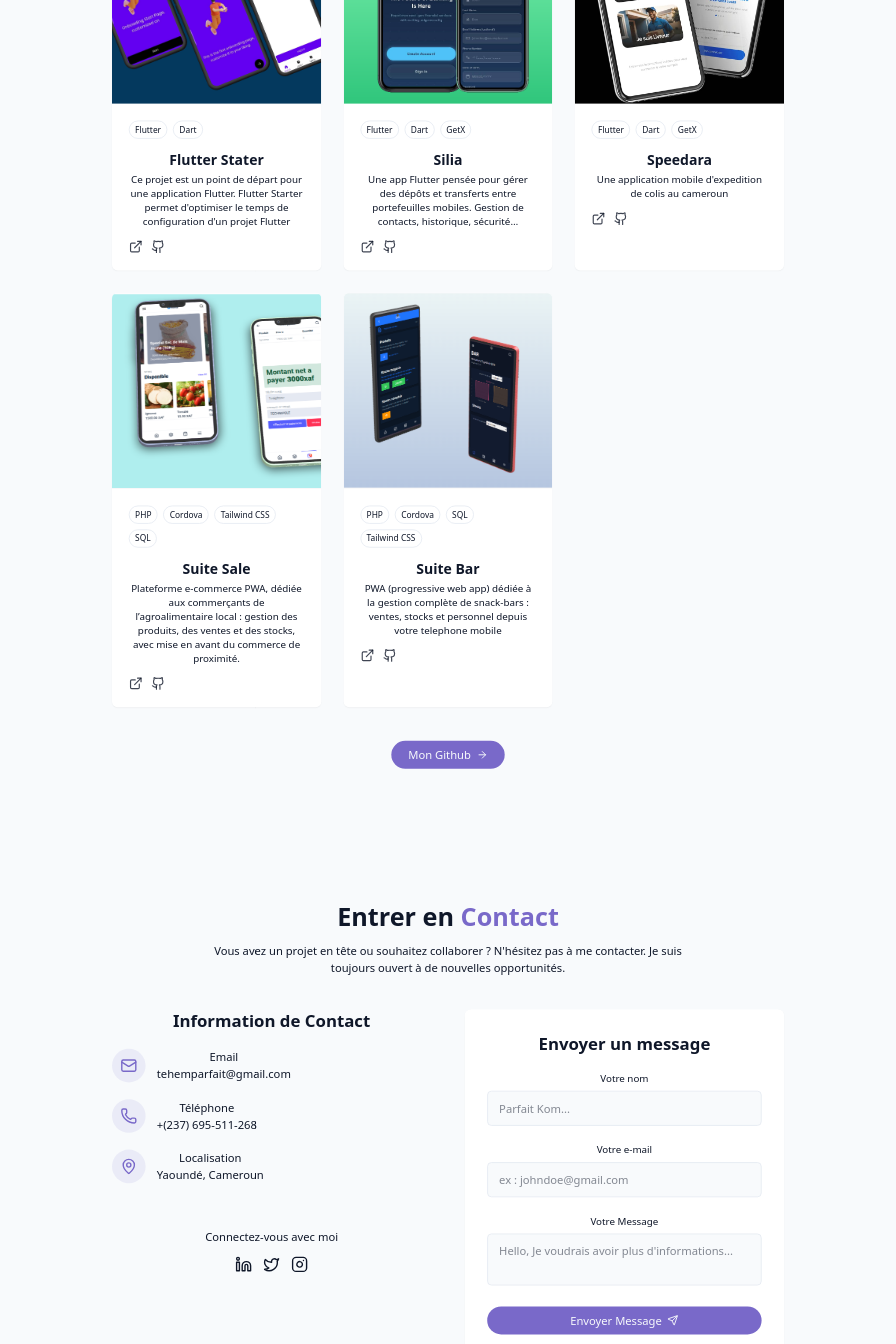
Repository: KOMI18/komi-folio
Page: /
The author's editor kept a copy of each file at every save. The page is drawn from the files as they stood at one save, then again after a run of saves.
The browser window is 1280 px wide. The pictures show the part of the page from y = 4306 to 6226 px (the page is 6505 px tall before and 6525 px after), at 70% of full size.
The project was rebuilt for these pictures with package versions that can differ from the ones it lists, and the page was loaded fresh each time. Also part of the build but not shown: vite.config.js, src/pages/NotFound.jsx.

Above is the page before, as saved 2025-06-28 13:27:20.

### index.html
<!doctype html>
<html lang="en">
  <head>
    <meta charset="UTF-8" />
    <link rel="icon" type="image/svg+xml" href="" />
    <meta name="viewport" content="width=device-width, initial-scale=1.0" />
    <title>Parfait Kom</title>
  </head>
  <body>
    <div id="root"></div>
    <script type="module" src="/src/main.jsx"></script>
  </body>
</html>

### src/pages/Home.jsx
import { Navbar } from "../components/Navbar";
import { ThemeToggle } from "../components/ThemeToggle";
import { StarBackground } from "@/components/StarBackground";
import { HeroSection } from "../components/HeroSection";
import { AboutSection } from "../components/AboutSection";
import { SkillsSection } from "../components/SkillsSection";
import { ProjectsSection } from "../components/ProjectsSection";
import { ContactSection } from "../components/ContactSection";
import { Footer } from "../components/Footer";
import {ExperienceSection} from "../components/ExperianceSection"
import { ExpertiseSection } from "../components/ExpertiseSection";
export const Home = () => {
  return (
    <div className="min-h-screen bg-background text-foreground overflow-x-hidden">
      {/* Theme Toggle */}
      <ThemeToggle />
      {/* Background Effects */}
      <StarBackground />

      {/* Navbar */}
      <Navbar />
      {/* Main Content */}
      <main>
        <HeroSection />
        <AboutSection />
        <ExpertiseSection/>
        <ExperienceSection/>
        <SkillsSection />
        <ProjectsSection />
        <ContactSection />
      </main>

      {/* Footer */}
      <Footer />
    </div>
  );
};

### src/components/ui/toaster.jsx
import { useToast } from "@/hooks/use-toast";
import {
  Toast,
  ToastClose,
  ToastDescription,
  ToastProvider,
  ToastTitle,
  ToastViewport,
} from "@/components/ui/toast";

export function Toaster() {
  const { toasts } = useToast();

  return (
    <ToastProvider>
      {toasts.map(function ({ id, title, description, action, ...props }) {
        return (
          <Toast key={id} {...props}>
            <div className="grid gap-1">
              {title && <ToastTitle>{title}</ToastTitle>}
              {description && (
                <ToastDescription>{description}</ToastDescription>
              )}
            </div>
            {action}
            <ToastClose />
          </Toast>
        );
      })}
      <ToastViewport />
    </ToastProvider>
  );
}

### src/components/ThemeToggle.jsx
import { Moon, Sun } from "lucide-react";
import { useEffect, useState } from "react";
import { cn } from "@/lib/utils";

export const ThemeToggle = () => {
  const [isDarkMode, setIsDarkMode] = useState(false);

  useEffect(() => {
    const storedTheme = localStorage.getItem("theme");
    if (storedTheme === "dark") {
      setIsDarkMode(true);
      document.documentElement.classList.add("dark");
    } else {
      localStorage.setItem("theme", "light");
      setIsDarkMode(false);
    }
  }, []);

  const toggleTheme = () => {
    if (isDarkMode) {
      document.documentElement.classList.remove("dark");
      localStorage.setItem("theme", "light");
      setIsDarkMode(false);
    } else {
      document.documentElement.classList.add("dark");
      localStorage.setItem("theme", "dark");
      setIsDarkMode(true);
    }
  };

  return (
    <button
      onClick={toggleTheme}
      className={cn(
        "fixed top-5 right-5 z-30 p-2 rounded-full transition-colors duration-300",
        "focus:outline-none"
      )}
    >
      {isDarkMode ? (
        <Sun className="h-6 w-6 text-yellow-300" />
      ) : (
        <Moon className="h-6 w-6 text-blue-900" />
      )}
    </button>
  );
};

### src/components/StarBackground.jsx
import { useEffect, useState } from "react";

// id, size, x, y, opacity, animationDuration
// id, size, x, y, delay, animationDuration

export const StarBackground = () => {
  const [stars, setStars] = useState([]);
  const [meteors, setMeteors] = useState([]);

  useEffect(() => {
    generateStars();
    generateMeteors();

    const handleResize = () => {
      generateStars();
    };

    window.addEventListener("resize", handleResize);

    return () => window.removeEventListener("resize", handleResize);
  }, []);

  const generateStars = () => {
    const numberOfStars = Math.floor(
      (window.innerWidth * window.innerHeight) / 10000
    );

    const newStars = [];

    for (let i = 0; i < numberOfStars; i++) {
      newStars.push({
        id: i,
        size: Math.random() * 3 + 1,
        x: Math.random() * 100,
        y: Math.random() * 100,
        opacity: Math.random() * 0.5 + 0.5,
        animationDuration: Math.random() * 4 + 2,
      });
    }

    setStars(newStars);
  };

  const generateMeteors = () => {
    const numberOfMeteors = 4;
    const newMeteors = [];

    for (let i = 0; i < numberOfMeteors; i++) {
      newMeteors.push({
        id: i,
        size: Math.random() * 2 + 1,
        x: Math.random() * 100,
        y: Math.random() * 20,
        delay: Math.random() * 15,
        animationDuration: Math.random() * 3 + 3,
      });
    }

    setMeteors(newMeteors);
  };

  return (
    <div className="fixed inset-0 overflow-hidden pointer-events-none z-0">
      {stars.map((star) => (
        <div
          key={star.id}
          className="star animate-pulse-subtle"
          style={{
            width: star.size + "px",
            height: star.size + "px",
            left: star.x + "%",
            top: star.y + "%",
            opacity: star.opacity,
            animationDuration: star.animationDuration + "s",
          }}
        />
      ))}

      {meteors.map((meteor) => (
        <div
          key={meteor.id}
          className="meteor animate-meteor"
          style={{
            width: meteor.size * 50 + "px",
            height: meteor.size * 2 + "px",
            left: meteor.x + "%",
            top: meteor.y + "%",
            animationDelay: meteor.delay,
            animationDuration: meteor.animationDuration + "s",
          }}
        />
      ))}
    </div>
  );
};

### src/components/AboutSection.jsx

import { ArrowRight , Image} from "lucide-react";

export const AboutSection = () => {
  return (
    <section id="about" className="py-24 px-4 bg-background">
       <h2 className="text-3xl md:text-4xl font-bold mb-4 py-4 text-center">
          {" "}
          A <span className="text-primary">Propos</span>
        </h2>
      <div className="container mx-auto max-w-5xl grid grid-cols-1 md:grid-cols-2  gap-12 items-center">
        {/* Image */}
        <div className="order-first md:order-last flex justify-center md:justify-start">
          <div className="w-40 h-40 sm:w-80 sm:h-80 md:w-[500px] md:h-[500px] lg:w-[600px] lg:h-[600px] relative transform rotate-3 rounded-xl overflow-hidden border-4 border-primary shadow-lg transition-transform duration-500 hover:scale-105">
            <img
              src="/projects/parfaitkom.jpeg"
              alt="Parfait Kom"
              className="w-full h-full object-cover"
              width={500}
              height={500}
            />
          </div>
        </div>
        {/* Content */}
        <div className="space-y-6">
          <h2 className="text-3xl md:text-4xl font-bold text-left  md:text-left">
            Je transforme les idées en solutions qui bossent 24h/24 pour vous.
          </h2>

          <p className="text-muted-foreground text-left md:text-left">
            Je suis Parfait Kom, développeur mobile & web indépendant. Je construis des applications solides et utiles pour les PME et entrepreneurs du monde entier. Mon objectif ? Livrer des solutions concrètes, efficaces, sans blabla inutile. Du code propre, des résultats mesurables, et un vrai sens du travail bien fait.
          </p>

          <p className="text-muted-foreground text-left md:text-left">
            Mon approche est simple : comprendre rapidement vos enjeux, proposer des idées concrètes, et livrer des résultats de qualité. Pas de jargon. Pas de perte de temps. Juste du travail bien fait, avec méthode, passion et efficacité.
          </p>

          <div className="flex flex-col sm:flex-row gap-4 pt-2">
            <a href="#contact" className="cosmic-button">
              Entrer en contact
            </a>

            <a
              href="/docs/parfait_kom_cv.pdf"
              download
              className="px-6 py-2 rounded-full border border-primary text-primary hover:bg-primary/10 transition-colors duration-300 flex items-center gap-2"
            >
              Télécharger mon CV <ArrowRight className="w-4 h-4" />
            </a>
          </div>
        </div>
      </div>
    </section>
  );
};

export default AboutSection;

### src/components/SkillsSection.jsx
import { useState } from "react";
import { cn } from "@/lib/utils";

const skills = [
  // Frontend
  { name: "Flutter / Dart", level: 70, category: "frontend" },
  { name: "JavaScript", level: 60, category: "frontend" },
  { name: "React", level: 80, category: "frontend" },
  { name: "Tailwind CSS", level: 90, category: "frontend" },


  // Backend
  { name: "Node.js", level: 80, category: "backend" },
  { name: "Express", level: 75, category: "backend" },
  { name: "MongoDB", level: 70, category: "backend" },

  // Tools
  { name: "Git/GitHub", level: 80, category: "tools" },
  { name: "Postman", level: 80, category: "tools" },
];

const categories = ["Tout", "frontend", "backend", "tools"];

export const SkillsSection = () => {
  const [activeCategory, setActiveCategory] = useState("Tout");

  const filteredSkills = skills.filter(
    (skill) => activeCategory === "Tout" || skill.category === activeCategory
  );
  return (
    <section id="skills" className="py-24 px-4 relative bg-secondary/30">
      <div className="container mx-auto max-w-5xl">
        <h2 className="text-3xl md:text-4xl font-bold mb-12 text-center">
        Mes  <span className="text-primary"> compétences</span>
        </h2>

        <div className="flex flex-wrap justify-center gap-4 mb-12">
          {categories.map((category, key) => (
            <button
              key={key}
              onClick={() => setActiveCategory(category)}
              className={cn(
                "px-5 py-2 rounded-full transition-colors duration-300 capitalize",
                activeCategory === category
                  ? "bg-primary text-primary-foreground"
                  : "bg-secondary/70 text-forefround hover:bd-secondary"
              )}
            >
              {category}
            </button>
          ))}
        </div>

        <div className="grid grid-cols-1 sm:grid-cols-2 lg:grid-cols-3 gap-6">
          {filteredSkills.map((skill, key) => (
            <div
              key={key}
              className="bg-card p-6 rounded-lg shadow-xs card-hover"
            >
              <div className="text-left mb-4">
                <h3 className="font-semibold text-lg"> {skill.name}</h3>
              </div>
              <div className="w-full bg-secondary/50 h-2 rounded-full overflow-hidden">
                <div
                  className="bg-primary h-2 rounded-full origin-left animate-[grow_1.5s_ease-out]"
                  style={{ width: skill.level + "%" }}
                />
              </div>

              <div className="text-right mt-1">
                <span className="text-sm text-muted-foreground">
                  {skill.level}%
                </span>
              </div>
            </div>
          ))}
        </div>
      </div>
    </section>
  );
};

### src/components/ProjectsSection.jsx
import { ArrowRight, ExternalLink, Github } from "lucide-react";

const projects = [

  {
    id: 2,
    title: "Flutter Stater",
    description:
      "Ce projet est un point de départ pour une application Flutter. Flutter Starter permet d'optimiser le temps de configuration d'un projet Flutter",
    image: "/projects/starter.png",
    tags: ["Flutter", "Dart"],
    demoUrl: "#",
    githubUrl: "https://github.com/KOMI18/flutter_starter/tree/master",
  },
  {
    id: 2,
    title: "Silia",
    description:
      "Une app Flutter pensée pour gérer des dépôts et transferts entre portefeuilles mobiles. Gestion de contacts, historique, sécurité…",
    image: "/projects/silia.png",
    tags: ["Flutter", "Dart", "GetX"],
    // demoUrl: "#",
    githubUrl: "https://github.com/KOMI18/silia",
  },
  {
    id: 3,
    title: "Speedara",
    description:
      "Une application mobile d'expedition de colis au cameroun",
    image: "/projects/speedara.jpeg",
    tags: ["Flutter", "Dart", "GetX" ],
    demoUrl: "#",
    githubUrl: "#",
  },
  {
    id: 2,
    title: "Suite Sale",
    description:
      "Plateforme e-commerce PWA, dédiée aux commerçants de l’agroalimentaire local : gestion des produits, des ventes et des stocks, avec mise en avant du commerce de proximité.",
    image: "/projects/sale.png",
    tags: ["PHP", "Cordova" , "Tailwind CSS" , "SQL"],
    demoUrl: "#",
    githubUrl: "https://cosmopharmalindustry.com/suitesale/app/Pages/Login.php",
  },
  {
    id: 1,
    title: "Suite Bar ",
    description:
      "PWA (progressive web app) dédiée à la gestion complète de snack-bars : ventes, stocks et personnel depuis votre telephone mobile",
    image: "/projects/suite.png",
    tags: ["PHP", "Cordova" , "SQL", "Tailwind CSS"],
    demoUrl: "https://cosmopharmalindustry.com/bragherstudio.suite-ba/pages/user_login.php",
    githubUrl: "#",
  },

];

export const ProjectsSection = () => {
  return (
    <section id="projects" className="py-24 px-4 relative">
      <div className="container mx-auto max-w-5xl">
        <h2 className="text-3xl md:text-4xl font-bold mb-4 text-center">
          {" "}
          Quelques <span className="text-primary">Projets</span>
        </h2>

        <p className="text-center text-muted-foreground mb-12 max-w-2xl mx-auto">
          Ce que j’ai construit pour d’autres, je peux le construire pour vous.
          {" "}
          Des projets concrets, pas des promesses.
        </p>

        <div className="grid grid-cols-1 md:grid-cols-2 lg:grid-cols-3 gap-8">
          {projects.map((project, key) => (
            <div
              key={key}
              className="group bg-card rounded-lg overflow-hidden shadow-xs card-hover"
            >
              <div className="h-70 overflow-hidden">
                <img
                height={400}
                width={500}
                  src={project.image}
                  alt={project.title}
                  className="w-full h-full object-cover transition-transform duration-500 group-hover:scale-110"
                />
              </div>

              <div className="p-6">
                <div className="flex flex-wrap gap-2 mb-4">
                  {project.tags.map((tag) => (
                    <span className="px-2 py-1 text-xs font-medium border rounded-full bg-secondary text-secondary-foreground">
                      {tag}
                    </span>
                  ))}
                </div>

                <h3 className="text-xl font-semibold mb-1"> {project.title}</h3>
                <p className="text-muted-foreground text-sm mb-4">
                  {project.description}
                </p>
                <div className="flex justify-between items-center">
                  <div className="flex space-x-3">
                    <a
                      href={project.demoUrl}
                      target="_blank"
                      className="text-foreground/80 hover:text-primary transition-colors duration-300"
                    >
                      <ExternalLink size={20} />
                    </a>
                    <a
                      href={project.githubUrl}
                      target="_blank"
                      className="text-foreground/80 hover:text-primary transition-colors duration-300"
                    >
                      <Github size={20} />
                    </a>
                  </div>
                </div>
              </div>
            </div>
          ))}
        </div>
        <div className="text-center mt-12">
          <a
            className="cosmic-button w-fit flex items-center mx-auto gap-2"
            target="_blank"
            href="https://github.com/KOMI18"
          >
             Mon Github <ArrowRight size={16} />
          </a>
        </div>
      </div>
    </section>
  );
};

### src/components/Footer.jsx
import { ArrowUp } from "lucide-react";

export const Footer = () => {
  return (
    <footer className="py-12 px-4 bg-card relative border-t border-border mt-12 pt-8 flex flex-wrap justify-between items-center">
      {" "}
      <p className="text-sm text-muted-foreground">
        {" "}
        &copy; {new Date().getFullYear()} Parfait Kom . All rights reserved.
      </p>
      <a
        href="#hero"
        className="p-2 rounded-full bg-primary/10 hover:bg-primary/20 text-primary transition-colors"
      >
        <ArrowUp size={20} />
      </a>
    </footer>
  );
};

Loaded but not shown: src/main.jsx (common file); src/App.jsx (common file); src/lib/utils.js (common file); src/hooks/use-toast.js (144 lines, source omitted); src/components/ContactSection.jsx (235 lines, source omitted); src/components/ExperianceSection.jsx (117 lines, source omitted); src/components/HeroSection.jsx (103 lines, source omitted); src/index.css (214 lines, source omitted); src/components/ui/toast.jsx (102 lines, source omitted); src/components/ExpertiseSection.jsx (90 lines, source omitted); src/components/Navbar.jsx (97 lines, source omitted)

After the next 3 saves:
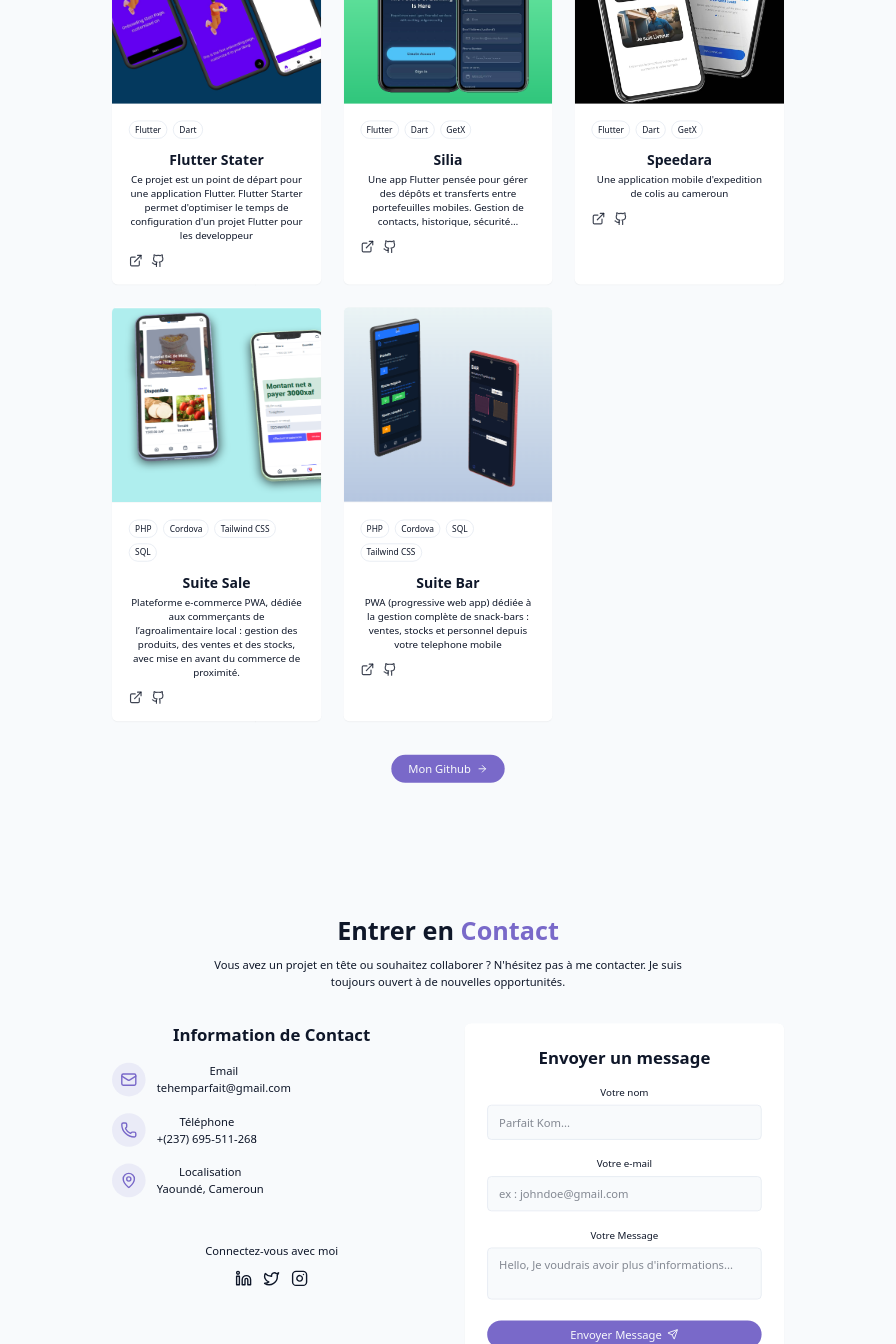
The 3 saves are shown as one change because they came seconds apart.
The last was saved 37 s later.
--- a/src/components/ProjectsSection.jsx
+++ b/src/components/ProjectsSection.jsx
@@ -6,7 +6,7 @@
     id: 2,
     title: "Flutter Stater",
     description:
-      "Ce projet est un point de départ pour une application Flutter. Flutter Starter permet d'optimiser le temps de configuration d'un projet Flutter",
+      "Ce projet est un point de départ pour une application Flutter. Flutter Starter permet d'optimiser le temps de configuration d'un projet Flutter pour les developpeur",
     image: "/projects/starter.png",
     tags: ["Flutter", "Dart"],
     demoUrl: "#",

After the save that followed:
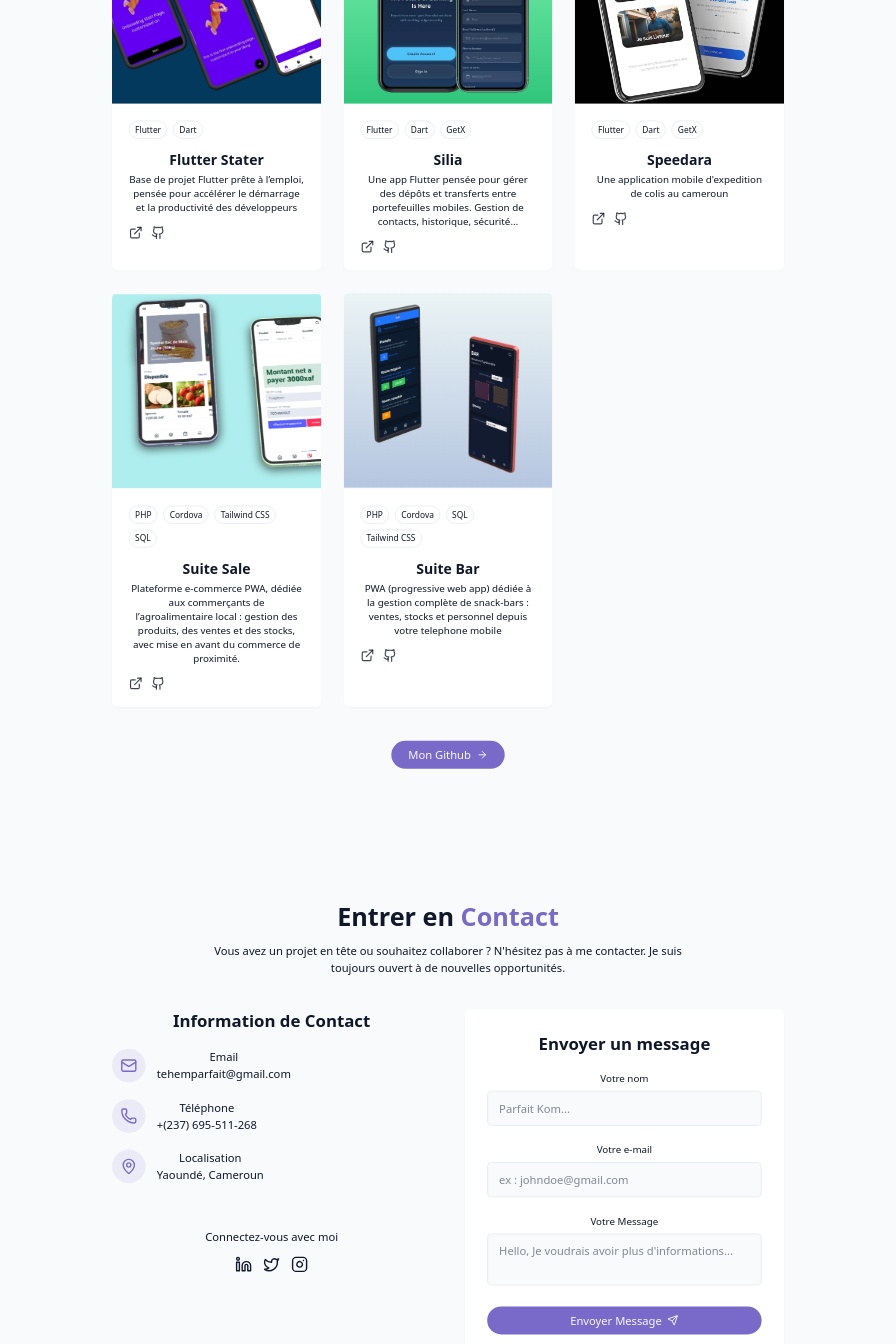
Saved 70 s later.
--- a/src/components/ProjectsSection.jsx
+++ b/src/components/ProjectsSection.jsx
@@ -6,7 +6,7 @@
     id: 2,
     title: "Flutter Stater",
     description:
-      "Ce projet est un point de départ pour une application Flutter. Flutter Starter permet d'optimiser le temps de configuration d'un projet Flutter pour les developpeur",
+      "Base de projet Flutter prête à l’emploi, pensée pour accélérer le démarrage et la productivité des développeurs",
     image: "/projects/starter.png",
     tags: ["Flutter", "Dart"],
     demoUrl: "#",
